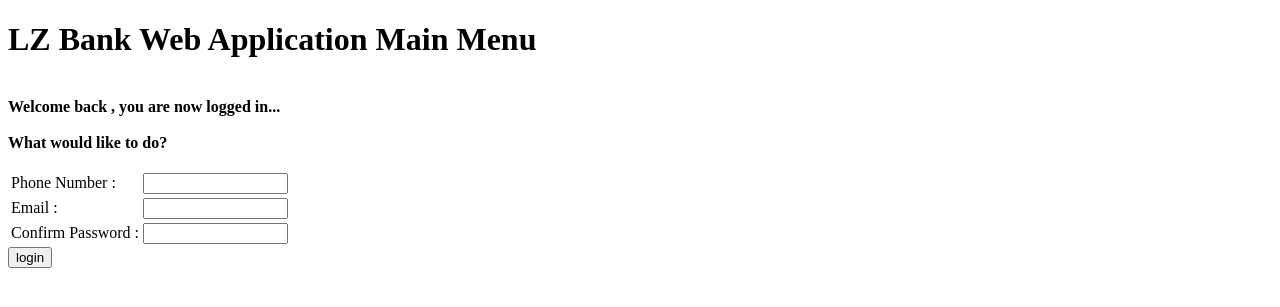
Repository: kingron98/SoftEng-Bank-Web-Application-
Page: http://localhost/SE3_BankWebApp/updateProfile.jsp
An editor plug-in stored every save of this project. The page is shown before and after the next save, followed by the edit.
The browser window is 1280 px wide. The pictures show the whole page.
The page is served by Tomcat 9.

Above is the page before, as saved 2020-12-11 21:03:01.

After the next save:
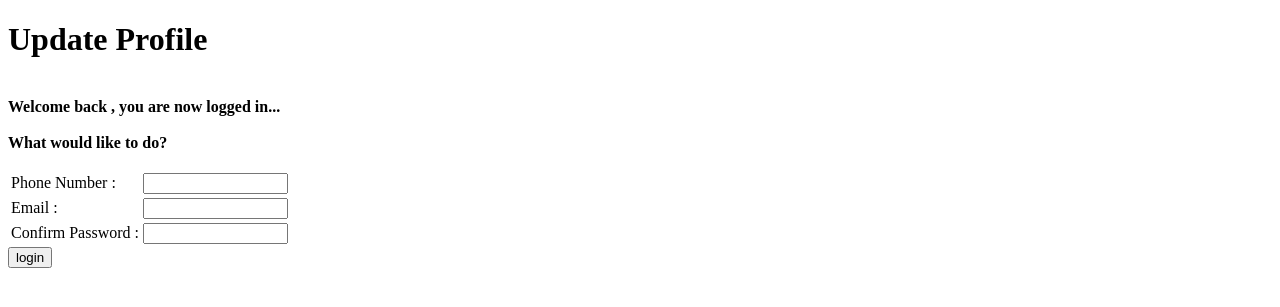
Saved 11 s later.
--- a/SE3 Bank App/Java/Workspace/SE3_BankWebApp/WebContent/updateProfile.jsp
+++ b/SE3 Bank App/Java/Workspace/SE3_BankWebApp/WebContent/updateProfile.jsp
@@ -11,7 +11,7 @@
 </head>
 
 <body>
-	<h1>LZ Bank Web Application Main Menu</h1>
+	<h1>Update Profile</h1>
 
 	<br/>
 
